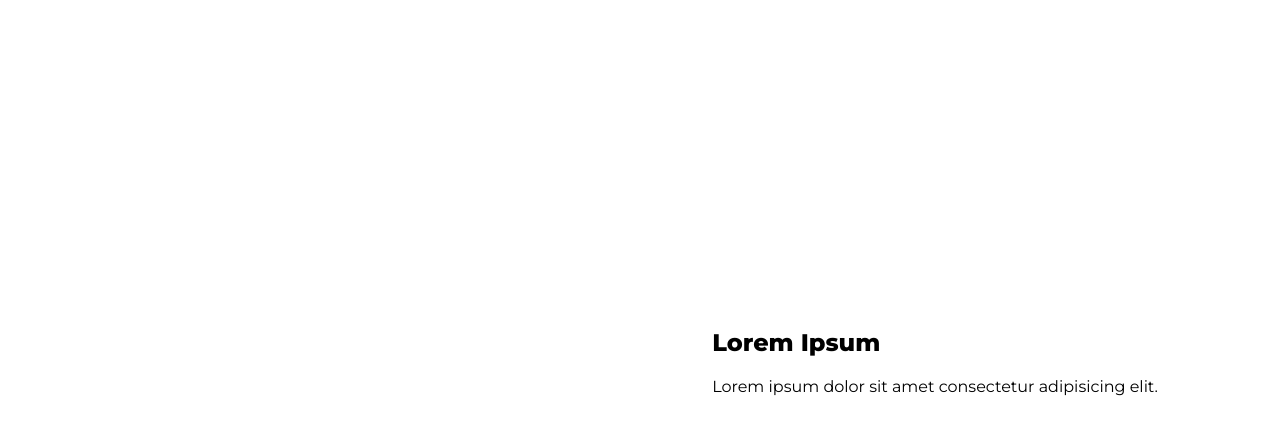
Repository: bwieckowski/spacer-vue-tutorial
Page: /
The author's editor kept a copy of each file at every save. The page is drawn from the files as they stood at one save, then again after a run of saves.
The browser window is 1280 px wide. The pictures show the whole page.
The project was rebuilt for these pictures with package versions that can differ from the ones it lists, and the page was loaded fresh each time. Also part of the build but not shown: src/components/Item.vue.

Above is the page before, as saved 2019-01-04 23:41:17.

After the next 2 saves:
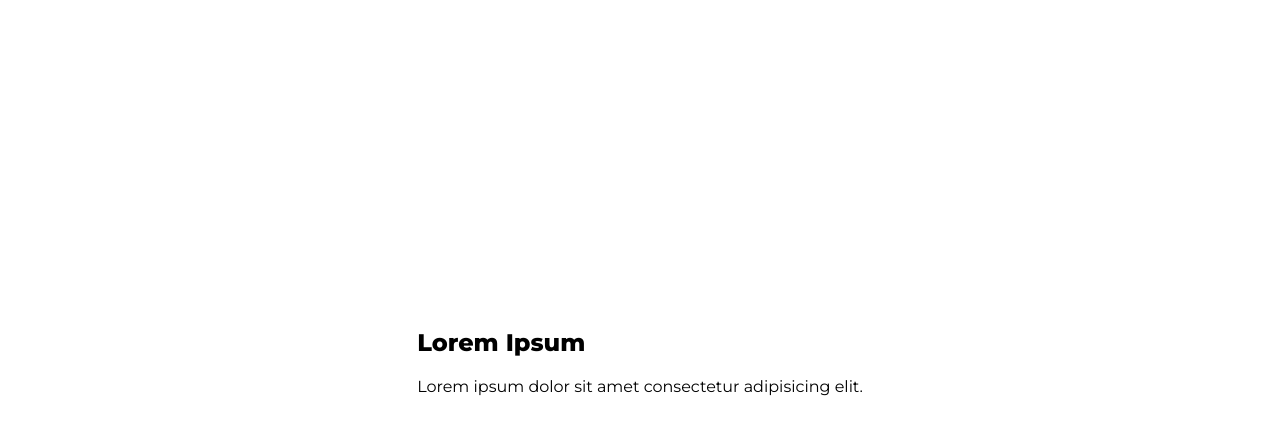
The 2 saves are shown as one change because they came seconds apart.
The last was saved 18 s later.
--- a/src/components/Modal.vue
+++ b/src/components/Modal.vue
@@ -39,7 +39,7 @@ export default {
 
   .photo{
     height: 90%;
-    width:50%;
+    max-width:90%;
 
   }
 }
